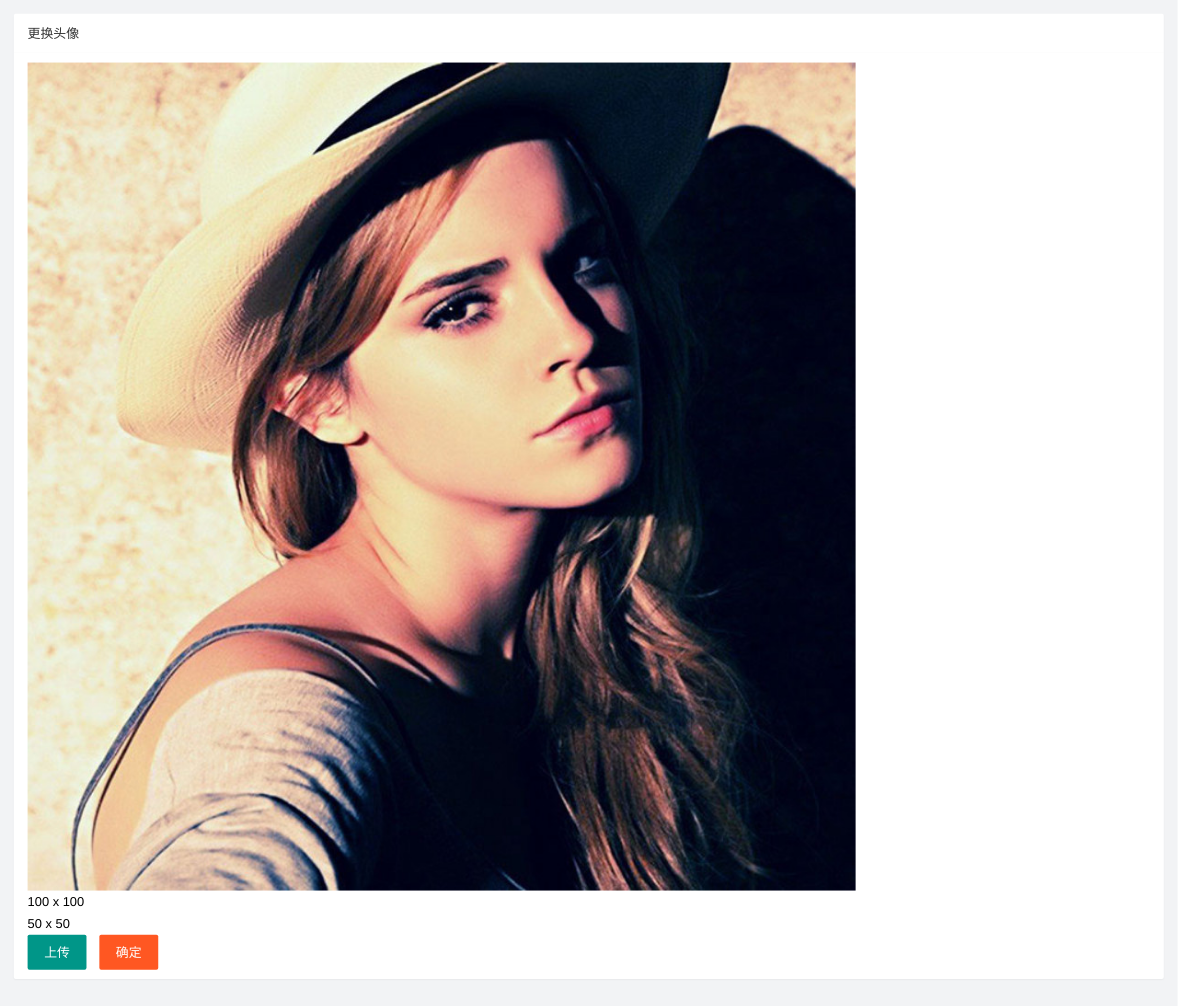
Repository: haloxxi/web_bigevent
Page: user/user-avatar.html
An editor plug-in stored every save of this project. The page is shown before and after the next save, followed by the edit.
The browser window is 1280 px wide. The pictures show the whole page, at 92% of full size.

Above is the page before, as saved 2022-06-26 20:46:51.

### user/user-avatar.html
<!DOCTYPE html>
<html lang="en">

<head>
    <meta charset="UTF-8">
    <meta http-equiv="X-UA-Compatible" content="IE=edge">
    <meta name="viewport" content="width=device-width, initial-scale=1.0">
    <title>更换头像</title>
    <!-- 导入css样式 -->
    <link rel="stylesheet" href="/assets/lib/layui/css/layui.css">
    <!-- 裁剪头像 用到cropper插件 所以要引入cropper.css -->
    <link rel="stylesheet" href="/assets/lib/cropper/cropper.css">
    <!-- 导入自己css样式表 -->
    <link rel="stylesheet" href="/assets/css/user/user-avatar.css">
</head>

<body>
    <!-- 卡片区域 -->
    <div class="layui-card">
        <div class="layui-card-header">更换头像</div>
        <div class="layui-card-body">
            <!-- 第一行的图片裁剪和预览区域 -->
            <div class="row1">

                <!-- 图片裁剪区域 -->
                <div class="cropper-box">
                    <!-- 这个 img 标签很重要，将来会把它初始化为裁剪区域 -->
                    <img id="image" src="/assets/images/sample.jpg" />
                </div>

                <!-- 图片的预览区域 -->
                <div class="preview-box">
                    <div>
                        <!-- 宽高为 100px 的预览区域 -->
                        <div class="img-preview w100"></div>
                        <p class="size">100 x 100</p>
                    </div>
                    <div>
                        <!-- 宽高为 50px 的预览区域 -->
                        <div class="img-preview w50"></div>
                        <p class="size">50 x 50</p>
                    </div>
                </div>
            </div>


            <!-- 第二行的按钮区域 -->
            <div class="row2">
                <button type="button" class="layui-btn">上传</button>
                <button type="button" class="layui-btn layui-btn-danger">确定</button>
            </div>
        </div>
    </div>

    <!-- 引入js文件 -->
    <script src="/assets/lib/jquery.js"></script>
    <script src="/assets/lib/cropper/Cropper.js"></script>
    <script src="/assets/lib/cropper/jquery-cropper.js"></script>
</body>

</html>

### assets/css/user/user-avatar.css
html,
body {
    padding: 0;
    margin: 0;
}

body {
    padding: 15px;
    background-color: #f2f3f5;
}

Loaded but not shown: assets/lib/layui/css/layui.css (library); assets/lib/cropper/cropper.css (library); assets/lib/jquery.js (library); assets/lib/cropper/Cropper.js (library); assets/lib/cropper/jquery-cropper.js (common file)

After the next save:
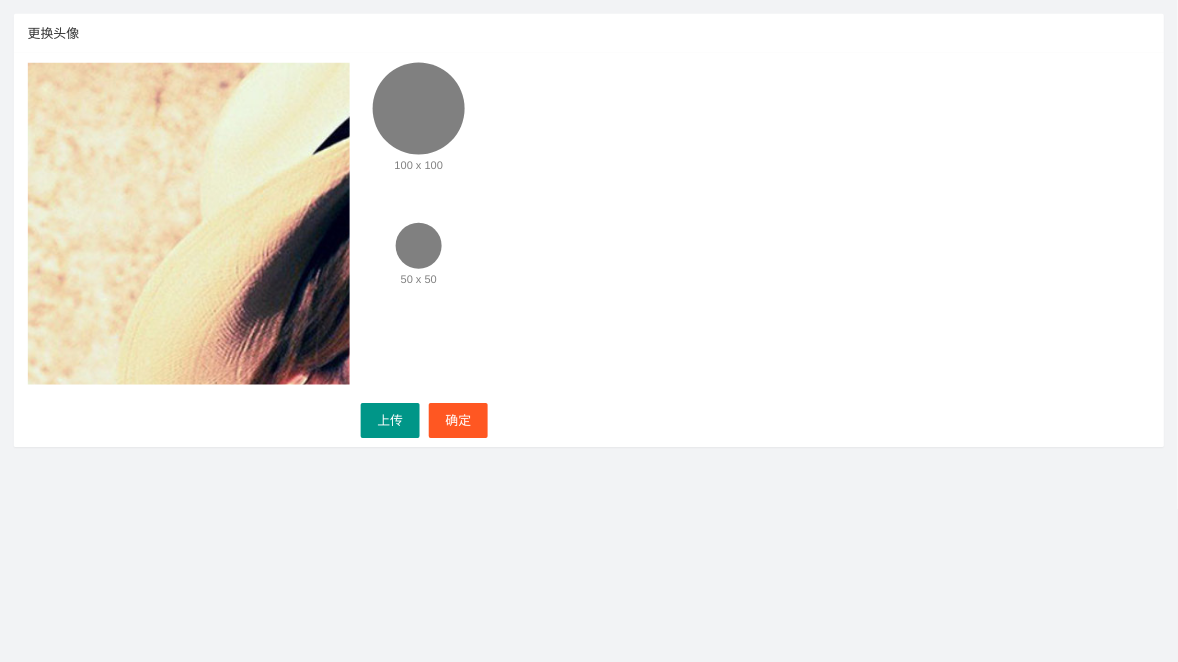
Saved 87 s later.
--- a/assets/css/user/user-avatar.css
+++ b/assets/css/user/user-avatar.css
@@ -8,3 +8,82 @@ body {
     padding: 15px;
     background-color: #f2f3f5;
 }
+
+
+/* 设置卡片主体区域的宽度 */
+
+.layui-card-body {
+    width: 500px;
+}
+
+
+/* 设置按钮行的样式 */
+
+.row2 {
+    display: flex;
+    justify-content: flex-end;
+    margin-top: 20px;
+}
+
+
+/* 设置裁剪区域的样式 */
+
+.cropper-box {
+    width: 350px;
+    height: 350px;
+    background-color: cyan;
+    overflow: hidden;
+}
+
+
+/* 设置第一个预览区域的样式 */
+
+.w100 {
+    width: 100px;
+    height: 100px;
+    background-color: gray;
+}
+
+
+/* 设置第二个预览区域的样式 */
+
+.w50 {
+    width: 50px;
+    height: 50px;
+    background-color: gray;
+    margin-top: 50px;
+}
+
+
+/* 设置预览区域下方文本的样式 */
+
+.size {
+    font-size: 12px;
+    color: gray;
+    text-align: center;
+}
+
+
+/* 设置图片行的样式 */
+
+.row1 {
+    display: flex;
+}
+
+
+/* 设置 preview-box 区域的的样式 */
+
+.preview-box {
+    display: flex;
+    flex-direction: column;
+    flex: 1;
+    align-items: center;
+}
+
+
+/* 设置 img-preview 区域的样式 */
+
+.img-preview {
+    overflow: hidden;
+    border-radius: 50%;
+}
